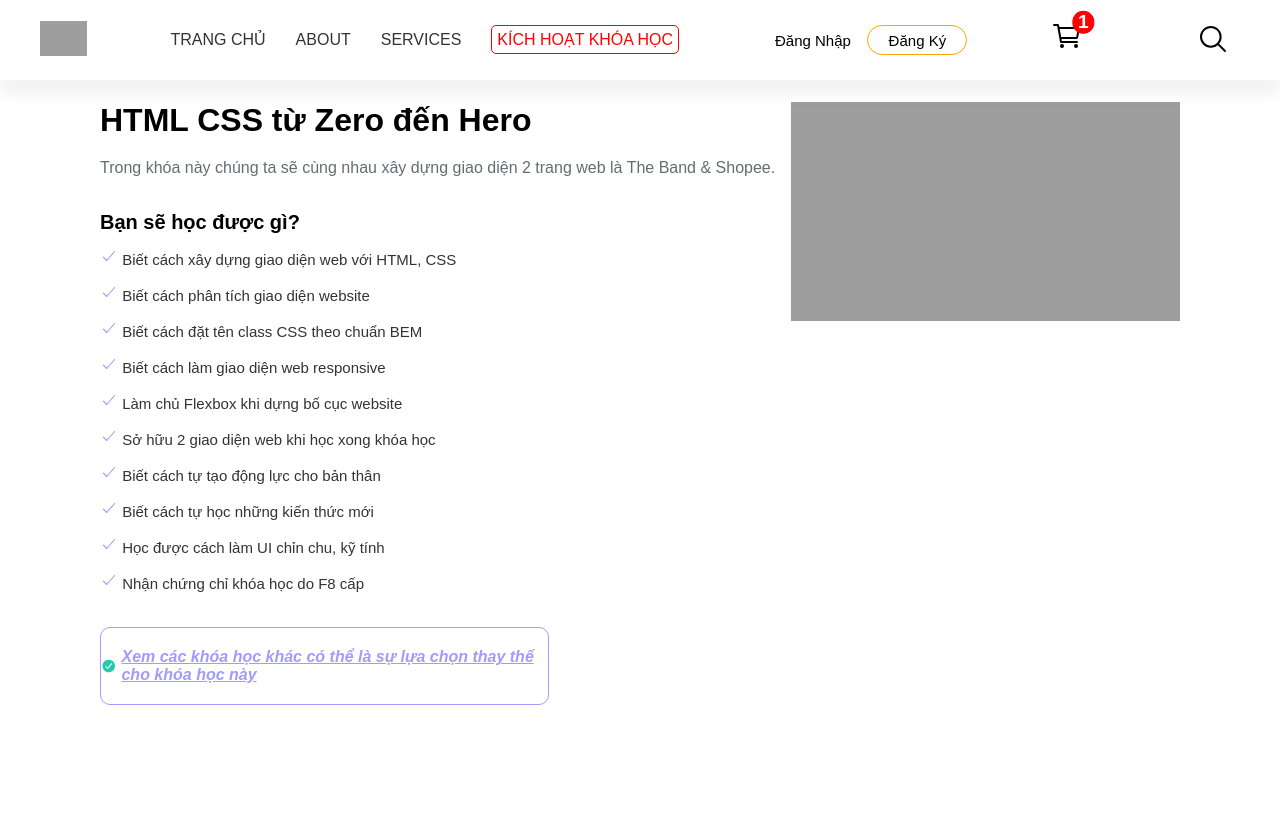
Repository: hoanghuuphuc/hoanghuuphuc
Page: details.html
The author's editor kept a copy of each file at every save. The page is drawn from the files as they stood at one save, then again after the next save.
The browser window is 1280 px wide. The pictures show the whole page.
Pictures or frames that could not be fetched are drawn as grey boxes.

Above is the page before, as saved 2022-12-11 21:58:30.
Console error: TypeError: Cannot read properties of null (reading 'addEventListener')

### details.html
<!DOCTYPE html>
<html lang="en">
  <head>
    <meta charset="UTF-8" />
    <meta http-equiv="X-UA-Compatible" content="IE=edge" />
    <meta name="viewport" content="width=device-width, initial-scale=1.0" />
    <title>Product-Details</title>
    <link rel="stylesheet" href="./style.css" />
    <link rel="stylesheet" href="./rps_mobile.css" />
    <link rel="preconnect" href="https://fonts.gstatic.com" />
  </head>
  <body>
    <header>
      <div class="logo">
        <a href="">
          <img id="img" src="./Img/logene.jfif" alt="" />
        </a>
      </div>
      <div class="group">
        <ul class="navigation">
          <li><a href="">Trang Chủ</a></li>
          <li><a href="">About</a></li>
          <li><a href="">Services</a></li>
          <li><a id="active" href="">Kích Hoạt Khóa Học</a></li>
        </ul>
      </div>
      <div class="User">
        <div class="but">
          <button>Đăng Nhập</button>
          <button>Đăng Ký</button>
        </div>
      </div>
      <div class="icons">
        <ion-icon name="cart-outline"></ion-icon>
        <span>1</span>
      </div>
      <div class="search">
        <span class="icon">
          <ion-icon name="search-outline" class="searchBtn"></ion-icon>
          <ion-icon name="close-outline" class="closeBtn"></ion-icon>
        </span>
      </div>
      <ion-icon name="menu-outline" class="menuToggle"></ion-icon>
      <div class="searchBox">
        <input type="text" placeholder="Search here . . ." />
      </div>
    </header>
    <div class="details-section">
      <div class="details-left">
        <div class="details-left-name">
          <h1>HTML CSS từ Zero đến Hero</h1>
          <span
            >Trong khóa này chúng ta sẽ cùng nhau xây dựng giao diện 2 trang web
            là The Band & Shopee.</span
          >
        </div>
        <span class="bonus">Bạn sẽ học được gì?</span>
        <div class="details-left-content">
          <ul>
            <li>
              <ion-icon name="checkmark-outline"></ion-icon>
              Biết cách xây dựng giao diện web với HTML, CSS
            </li>
            <li>
              <ion-icon name="checkmark-outline"></ion-icon>
              Biết cách phân tích giao diện website
            </li>
            <li>
              <ion-icon name="checkmark-outline"></ion-icon>
              Biết cách đặt tên class CSS theo chuẩn BEM
            </li>
            <li>
              <ion-icon name="checkmark-outline"></ion-icon>
              Biết cách làm giao diện web responsive
            </li>
            <li>
              <ion-icon name="checkmark-outline"></ion-icon>
              Làm chủ Flexbox khi dựng bố cục website
            </li>
          </ul>
          <ul>
            <li>
              <ion-icon name="checkmark-outline"></ion-icon>
              Sở hữu 2 giao diện web khi học xong khóa học
            </li>
            <li>
              <ion-icon name="checkmark-outline"></ion-icon>
              Biết cách tự tạo động lực cho bản thân
            </li>
            <li>
              <ion-icon name="checkmark-outline"></ion-icon>
              Biết cách tự học những kiến thức mới
            </li>
            <li>
              <ion-icon name="checkmark-outline"></ion-icon>
              Học được cách làm UI chỉn chu, kỹ tính
            </li>
            <li>
              <ion-icon name="checkmark-outline"></ion-icon>
              Nhận chứng chỉ khóa học do F8 cấp
            </li>
          </ul>
        </div>
        <div class="details-left-tag">
          <ion-icon name="checkmark-circle"></ion-icon>
          <a href="#">
            Xem các khóa học khác có thể là sự lựa chọn thay thế cho khóa học
            này
          </a>
        </div>
      </div>
      <div class="details-right">
        <div class="details-right-video">
          <iframe
            width="389"
            height="219"
            src="https://www.youtube.com/embed/YTDHcEJs684"
            title="YouTube video player"
            frameborder="0"
            allow="accelerometer; autoplay; clipboard-write; encrypted-media; gyroscope; picture-in-picture"
            allowfullscreen></iframe>
        </div>
      </div>
    </div>

    <script src="./app.js"></script>
    <script
      type="module"
      src="https://unpkg.com/ionicons@5.5.2/dist/ionicons/ionicons.esm.js"></script>
    <script
      nomodule
      src="https://unpkg.com/ionicons@5.5.2/dist/ionicons/ionicons.js"></script>
  </body>
</html>

### style.css
* {
  margin: 0;
  padding: 0;
  box-sizing: border-box;
  font-family: "Poppins", sans-serif;
}
body {
  min-height: 100vh;
  overflow-x: hidden;
}
header {
  position: absolute;
  position: fixed;
  z-index: 100;
  top: 0;
  left: 0;
  width: 100%;
  height: 80px;
  background: #fff;
  padding: 20px 40px;
  display: flex;
  justify-content: space-between;
  align-items: center;
  box-shadow: 0px 15px 15px rgba(0, 0, 0, 0.05);
}
.logo img {
  height: 35px;
}
.group {
  display: flex;
  align-items: center;
}
header ul {
  position: relative;
  display: flex;
  gap: 30px;
}
header ul li {
  list-style: none;
}
header ul li a {
  position: relative;
  text-decoration: none;
  font-size: 1em;
  color: #333;
  text-transform: uppercase;
}
header ul li #active {
  border: 1px solid red;
  padding: 5px;
  color: red;
  border-radius: 5px;
}
header ul li a::before {
  content: "";
  position: absolute;
  bottom: -2px;
  width: 100%;
  height: 2px;
  background: #333;
  transform: scaleX(0);
  transition: transform 0.5s ease-in-out;
  transform-origin: right;
}
header ul li a:hover {
  opacity: 0.5;
}
header .User {
  display: flex;
  align-items: center;
}
header .User .but button:nth-child(1) {
  color: #000;
  font-size: 15px;
  height: 30px;
  width: 100px;
  outline: none;
  border: none;
  background: #fff;
}
header .User .but button:nth-child(2) {
  color: #000;
  font-size: 15px;
  height: 30px;
  width: 100px;
  border: 1px solid orange;
  background: #fff;
  border-radius: 15px;
}
header .User .but button:hover {
  opacity: 0.5;
}
header .icons {
  font-size: 2em;
  position: relative;
}
header .icons span {
  position: absolute;
  top: 0%;
  right: 0%;
  line-height: 5%;
  margin-bottom: 50px;
  font-size: 60%;
  color: #fff;
  border: 1px solid red;
  background: red;
  padding: 10px 5px 10px 5px;
  text-align: center;
  font-family: Arial, Helvetica, sans-serif;
  transform: translateX(50%) translateY(-40%);
  border-radius: 100%;
  font-weight: bold;
}
header .search {
  position: relative;
  display: flex;
  justify-content: center;
  align-items: center;
  font-size: 2em;
  z-index: 10;
  cursor: pointer;
}
.searchBox {
  position: absolute;
  right: -100%;
  width: 100%;
  height: 100%;
  display: flex;
  background: #fff;
  align-items: center;
  padding: 0 30px;
  transition: 0.5s ease-in-out;
}
.searchBox.active {
  right: 0;
}
.searchBox input {
  width: 100%;
  border: none;
  outline: none;
  height: 50px;
  color: #333;
  font-size: 1.25em;
  background: #fff;
  border-bottom: 1px solid rgba(0, 0, 0, 0.5);
}
.searchBtn {
  position: relative;
  left: 30px;
  top: 2.5px;
  transition: 0.5s ease-in-out;
}
.searchBtn.active {
  left: 0;
}
.closeBtn {
  opacity: 0;
  visibility: hidden;
  transition: 0.5s;
  scale: 0;
}
.closeBtn.active {
  opacity: 1;
  visibility: visible;
  transition: 0.5s;
  scale: 1;
}
.menuToggle {
  position: relative;
  display: none;
  left: 0;
}
.banner img {
  background-repeat: no-repeat;
  background-size: cover;
  margin-top: 4%;
}
.content {
  display: flex;
  flex-direction: row;
  margin-top: 50px;
  user-select: none;
  justify-content: center;
}
.content .content-1 {
  background-color: black;
  height: 2px;
  width: 200px;
}
.content .content-2 {
  font-size: 30px;
  font-family: "Segoe UI", Tahoma, Geneva, Verdana, sans-serif;
  font-weight: 600;
  padding: 10px;
  margin-top: -32px;
}
.content .content-3 {
  background-color: black;
  height: 2px;
  width: 200px;
}
.boxs {
  display: flex;
  justify-content: center;
  flex-wrap: wrap;
}
.box {
  margin-top: 10px;
  padding: 20px;
  margin: 10px;
  background: #f0f0f0;
  border-radius: 15px;
}
.box-image img {
  height: 250px;
  border-radius: 5%;
}
.box-content .box-name {
  display: flex;
  justify-content: center;
  align-items: center;
  padding: 10px;
}
.box-content .box-name span {
  font-weight: 700;
  margin-right: 5px;
  font-size: 20px;
  font-family: "Segoe UI", Tahoma, Geneva, Verdana, sans-serif;
  overflow: hidden;
  text-overflow: ellipsis;
  white-space: nowrap;
  width: 200px;
  text-align: center;
}
.box-content .box-price {
  display: flex;
  flex-direction: column;
  justify-content: center;
  padding: 5px 10px 10px 10px;
}
.box-content .box-price .price {
  padding: 0px 10px 10px 10px;
}
.price {
  overflow: hidden;
  text-overflow: ellipsis;
  white-space: nowrap;
  width: 210px;
}
.box-content .box-price .price span {
  font-size: 18px;
  font-weight: 500;
}
.box-content .box-price .price a {
  font-weight: 600;
}
.sale {
  overflow: hidden;
  text-overflow: ellipsis;
  white-space: nowrap;
  width: 210px;
}
.box-content .box-price .sale {
  padding: 0px 10px 0px 10px;
}
.box-content .box-price .sale span {
  font-size: 18px;
}
.box-content .box-price .sale a {
  font-size: 18px;
  color: red;
  font-weight: bold;
  text-decoration: none;
}
.box-btn {
  display: flex;
  justify-content: space-between;
  align-items: center;
  border-top: 1px solid #c0c0c0;
}
.box-btn button {
  padding: 5px 20px;
  font-size: 16px;
  font-weight: 500;
  font-family: "Lucida Sans", "Lucida Sans Regular", "Lucida Grande",
    "Lucida Sans Unicode", Geneva, Verdana, sans-serif;
  color: orangered;
  border: 1px solid orangered;
  border-radius: 5px;
  margin-top: 15px;
}
.box-btn button:hover {
  opacity: 0.5;
}
.box-btn ion-icon {
  font-size: 25px;
  font-weight: 500;
  color: orangered;
  margin-top: 15px;
  font-weight: 300;
}
.box-btn ion-icon:hover {
  opacity: 0.5;
}
.title {
  padding: 20px 0px 20px 150px;
}
.title span {
  font-size: 18px;
}
.tabs {
  display: flex;
  justify-content: flex-start;
  padding: 10px 150px 0px 150px;
  flex-wrap: wrap;
}
.tabs .tab-item {
  margin: 0px 0px 0px 5px;
}
.tabs .line {
  position: absolute;
  left: 0;
  bottom: 0;
  width: 0;
  height: 6px;
  border-radius: 15px;
  transition: all 0.2s ease;
}
.tab-item {
  min-width: 80px;
  padding: 5px 10px;
  font-size: 20px;
  text-align: center;
  color: #181821;
  background-color: #dee1e2;
  border-top-left-radius: 5px;
  border-top-right-radius: 5px;
  border-bottom: 5px solid transparent;
  opacity: 0.6;
  cursor: pointer;
  transition: all 0.5s ease;
  display: flex;
  justify-content: center;
  align-items: center;
  border-bottom: 2px solid #000;
}
.tab-icon {
  font-size: 24px;
  position: relative;
}
.tab-item:hover {
  opacity: 1;
  background-color: rgba(194, 53, 100, 0.05);
  border-color: rgba(194, 53, 100, 0.1);
}
.tab-item.active {
  opacity: 1;
  color: #ff4500;
  font-weight: 500;
  border-bottom: 2px solid #ff4500;
}
.tab-content {
  padding: 28px 0px 0px 150px;
}
.tab-pane {
  color: #333;
  display: none;
}
.tab-pane.active {
  display: block;
}
.tab-pane h2 {
  font-size: 24px;
  margin-bottom: 8px;
}
.boxeds {
  display: flex;
  flex-wrap: wrap;
}
.boxed {
  margin-top: 10px;
  padding: 20px;
  margin: 20px 20px 10px 0px;
  background: #f0f0f0;
  border-radius: 15px;
}
.boxed-image img {
  height: 250px;
  width: auto;
  border-radius: 10px;
  overflow: hidden;
  object-fit: cover;
}
.boxed-content .boxed-content-name {
  display: flex;
  justify-content: center;
  align-items: center;
  padding: 10px;
}
.boxed-content-name span {
  font-weight: 600;
  margin-right: 5px;
  font-size: 20px;
  font-family: "Segoe UI", Tahoma, Geneva, Verdana, sans-serif;
  overflow: hidden;
  text-overflow: ellipsis;
  white-space: nowrap;
  width: 200px;
  text-align: center;
  font-weight: 700;
}
.boxed-content-price {
  padding: 5px 10px 10px 10px;
}
.boxed-content-price1 span {
  font-size: 18px;
  font-weight: 500;
}
.boxed-content-price1 a {
  font-weight: 600;
}
.boxed-content-sale {
  padding: 10px 10px 10px 0px;
}
.boxed-content-sale span {
  font-size: 18px;
  font-weight: 500;
}
.boxed-content-sale a {
  font-weight: 600;
  color: red;
}
.boxed-content-btn {
  display: flex;
  justify-content: space-between;
  align-items: center;
  border-top: 1px solid #c0c0c0;
}
.boxed-content-btn button {
  padding: 5px 20px;
  font-size: 16px;
  font-weight: 500;
  font-family: "Lucida Sans", "Lucida Sans Regular", "Lucida Grande",
    "Lucida Sans Unicode", Geneva, Verdana, sans-serif;
  color: orangered;
  border: 1px solid orangered;
  border-radius: 5px;
  margin-top: 15px;
}
.boxed-content-btn button:hover {
  opacity: 0.5;
}
.boxed-content-btn ion-icon {
  font-size: 25px;
  font-weight: 500;
  color: orangered;
  margin-top: 15px;
  font-weight: 300;
}
.boxed-content-btn ion-icon:hover {
  opacity: 0.5;
}
footer {
  background: #181821;
  display: flex;
  justify-content: space-around;
  padding: 100px;
}
.footer-one a {
  font-size: 25px;
  padding: 5px;
  color: #fff;
  font-weight: 600;
}
.footer-one ul li {
  color: #a9b3bb;
  list-style: none;
  padding: 5px;
  font-size: 16px;
}
.footer-one span {
  font-style: italic;
}
.footer-two span {
  font-size: 25px;
  padding: 5px;
  color: #fff;
  font-weight: 600;
}
.footer-two ul li {
  color: #a9b3bb;
  list-style: none;
  padding: 5px;
  font-size: 16px;
}
.footer-three span {
  font-size: 25px;
  padding: 5px;
  color: #fff;
  font-weight: 600;
}
.footer-three ul li {
  color: #a9b3bb;
  list-style: none;
  padding: 5px;
  font-size: 16px;
}
.footers {
  display: flex;
  justify-content: space-around;
  background: #181821;
  padding: 10px;
  border-top: 2px solid #333;
  align-items: center;
}
.footers-text {
  color: #a9b3bb;
  font-size: 16px;
}
.footers-media img {
  width: auto;
  height: 40px;
  object-fit: cover;
  padding: 5px;
}
/* Css của form login */
.container {
  display: flex;
  justify-content: center;
  flex-direction: column;
  align-items: center;
  min-height: 100vh;
}
.form-login {
  border: 1px solid #999;
  padding: 50px 50px 30px 50px;
  width: 400px;
}
.form-login-input {
  margin: 15px 0;
}
.form-login-image {
  display: flex;
  justify-content: center;
  margin-bottom: 50px;
}
.form-input {
  border: 1px solid #999;
  border-radius: 4px;
  width: 100%;
  height: 50px;
  padding: 0 20px;
  transition: 0.25s ease;
  outline: none;
}
.form-input:focus {
  border-color: #ff4500;
}
.form-login-input {
  position: relative;
}
.form-label {
  position: absolute;
  top: 50%;
  transform: translateY(-50%);
  left: 21px;
  user-select: none;
  color: #999;
  pointer-events: none;
  transition: 0.25s ease;
}
.form-input:not(:placeholder-shown) + .form-label,
.form-input:focus + .form-label {
  top: 0;
  left: 11px;
  padding: 0 10px;
  display: inline-block;
  background-color: #fff;
  color: #ff4500;
  font-weight: 500;
  font-size: 14px;
}
.form-login-input .fa-regular {
  position: absolute;
  left: 90%;
  top: 18px;
  cursor: pointer;
}
.form-login-input .hidden {
  display: none;
}
.remember {
  display: flex;
  align-items: center;
}
.remember span {
  color: #999;
  margin-left: 10px;
}
.btn-login button {
  margin-top: 10px;
  width: 100%;
  padding: 8px;
  font-weight: 600;
  font-style: 20px;
  transition: 0.25s ease;
  font-family: "Segoe UI", Tahoma, Geneva, Verdana, sans-serif;
}
.btn-login button:hover {
  opacity: 0.5;
}
.or {
  display: flex;
  flex-direction: row;
  margin-top: 20px;
  user-select: none;
  justify-content: center;
}
.or-left {
  background-color: #999;
  height: 1px;
  width: 45%;
}
.or-center {
  font-family: "Segoe UI", Tahoma, Geneva, Verdana, sans-serif;
  font-weight: 600;
  padding: 10px;
  margin-top: -22px;
  color: #999;
}
.or-right {
  background-color: #999;
  height: 1px;
  width: 45%;
}
.forgot {
  padding-top: 20px;
  display: flex;
  justify-content: flex-end;
}
.forgot a {
  text-decoration: none;
  font-weight: 500;
  color: rgb(0, 149, 246);
}
.logins {
  display: grid;
  grid-template-columns: 1fr 3fr;
  align-items: center;
  padding: 0 10px;
}
.logins a {
  text-decoration: none;
}
.logins span {
  color: #333;
  padding-left: 10%;
  font-weight: 600;
  font-family: "Segoe UI", Tahoma, Geneva, Verdana, sans-serif;
}
.logins img {
  height: 30px;
  margin-left: 10px;
  transform: translateX(100%);
}
.login-facebook {
  margin-bottom: 10px;
}
.form-login-2 {
  border: 1px solid #999;
  padding: 20px 60px;
  margin-top: 10px;
}
.form-login-2 span a {
  text-decoration: none;
  font-weight: 600;
  color: rgb(0, 149, 246);
  font-family: "Segoe UI", Tahoma, Geneva, Verdana, sans-serif;
}
/* Css của trang chi tiết */
.details-section {
  margin-top: 8%;
  display: grid;
  grid-template-columns: 3fr 1fr;
  padding: 0 100px;
}
.details-left {
}
.details-left-name {
  margin-bottom: 20px;
}
.details-left-name h1 {
  margin-bottom: 20px;
}
.details-left-name span {
  font-weight: 300;
  color: #636e72;
}
.details-section .bonus {
  font-weight: 600;
  font-size: 20px;
  line-height: 50px;
}
.details-left-content {
  display: flex;
  flex-wrap: wrap;
  justify-content: flex-start;
  align-items: center;
}
.details-left-content ul li {
  list-style: none;
  margin-bottom: 15px;
  padding-left: 0;
  margin-right: 30px;
  font-size: 15px;
  color: #333;
  font-weight: 300;
}
.details-left-content ul li ion-icon {
  color: #a29bfe;
  font-weight: bold;
  font-size: 18px;
}
.details-left-tag {
  margin-top: 20px;
  display: flex;
  align-items: center;
  justify-content: center;
  border: 1px solid #a29bfe;
  width: 65%;
  padding: 20px 0px;
  border-radius: 10px;
}
.details-left-tag ion-icon {
  margin-right: 5px;
  color: #22caaf;
  font-size: 20px;
}
.details-left-tag a {
  font-weight: 600;
  font-style: italic;
  color: #a29bfe;
  text-decoration: none;
  text-decoration-line: underline;
}
.details-right {
}
.details-right-video {
}

### app.js
let searchBtn = document.querySelector(".searchBtn");
let closeBtn = document.querySelector(".closeBtn");
let searchBox = document.querySelector(".searchBox");
let navigation = document.querySelector(".navigation");
let menuToggle = document.querySelector(".menuToggle");
let header = document.querySelector("header");
searchBtn.onclick = function () {
  searchBox.classList.add("active");
  closeBtn.classList.add("active");
  searchBtn.classList.add("active");
  menuToggle.classList.add("hide");
  header.classList.remove("open");
};
closeBtn.onclick = function () {
  searchBox.classList.remove("active");
  closeBtn.classList.remove("active");
  searchBtn.classList.remove("active");
  menuToggle.classList.remove("hide");
};
menuToggle.onclick = function () {
  header.classList.toggle("open");
  searchBox.classList.remove("active");
  closeBtn.classList.remove("active");
  searchBtn.classList.remove("active");
};
const $ = document.querySelector.bind(document);
const $$ = document.querySelectorAll.bind(document);

const tabs = $$(".tab-item");
const panes = $$(".tab-pane");

const tabActive = $(".tab-item.active");
const line = $(".tabs .line");

// SonDN fixed - Active size wrong size on first load.
// Original post: https://www.facebook.com/groups/649972919142215/?multi_permalinks=1175881616551340
requestIdleCallback(function () {
  line.style.left = tabActive.offsetLeft + "px";
  line.style.width = tabActive.offsetWidth + "px";
});

tabs.forEach((tab, index) => {
  const pane = panes[index];

  tab.onclick = function () {
    $(".tab-item.active").classList.remove("active");
    $(".tab-pane.active").classList.remove("active");

    line.style.left = this.offsetLeft + "px";
    line.style.width = this.offsetWidth + "px";

    this.classList.add("active");
    pane.classList.add("active");
  };
});
const input = document.querySelector(".form-input");
const eyeOpen = document.querySelector(".eye-open");
const eyeClose = document.querySelector(".eye-close");
eyeOpen.addEventListener("click", function () {
  eyeOpen.classList.add("hidden");
  eyeClose.classList.remove("hidden");
  input.setAttribute("type", "password");
});
eyeClose.addEventListener("click", function () {
  eyeOpen.classList.remove("hidden");
  eyeClose.classList.add("hidden");
  input.setAttribute("type", "text");
});

Loaded but not shown: css/rps_mobile.css (no copy from this time; the picture is the same without it)

After the next save:
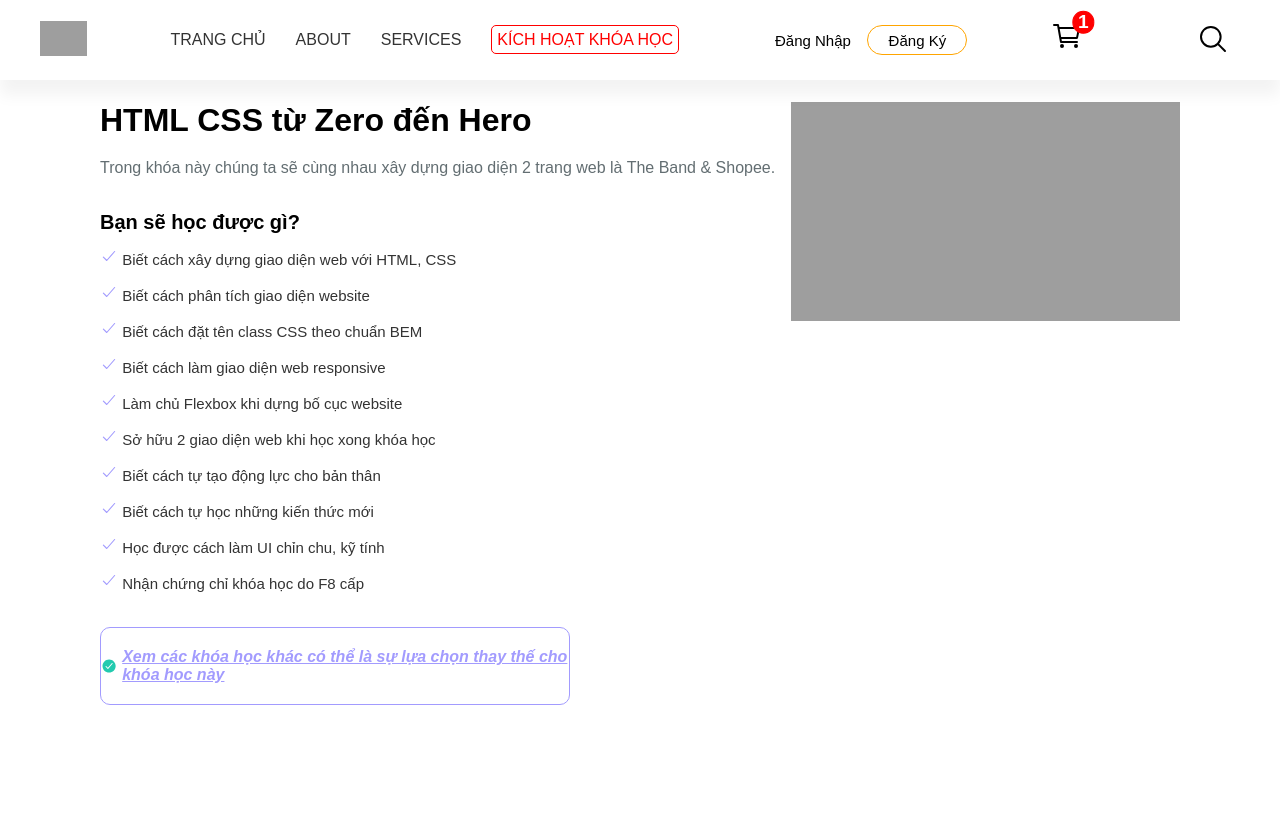
Saved 5 s later.
--- a/style.css
+++ b/style.css
@@ -727,7 +727,7 @@ footer {
   align-items: center;
   justify-content: center;
   border: 1px solid #a29bfe;
-  width: 65%;
+  width: 68%;
   padding: 20px 0px;
   border-radius: 10px;
 }
